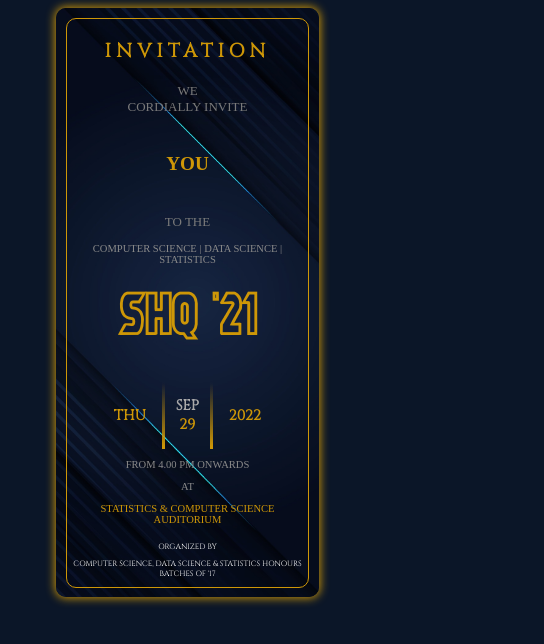
Repository: prabuddhika96/SHQ_Invitation
Page: index.html
The author's editor kept a copy of each file at every save. The page is drawn from the files as they stood at one save, then again after the next save.
The browser window is 375 px wide. The page is 544 px wide, so the pictures cover 544 px, including what lies to the right of the window. The pictures show the whole page.
Some web fonts or font styles are not loaded; a fallback is used.

Above is the page before, as saved 2022-09-26 11:18:05.
Console error: ReferenceError: bodymovin is not defined

After the next save:
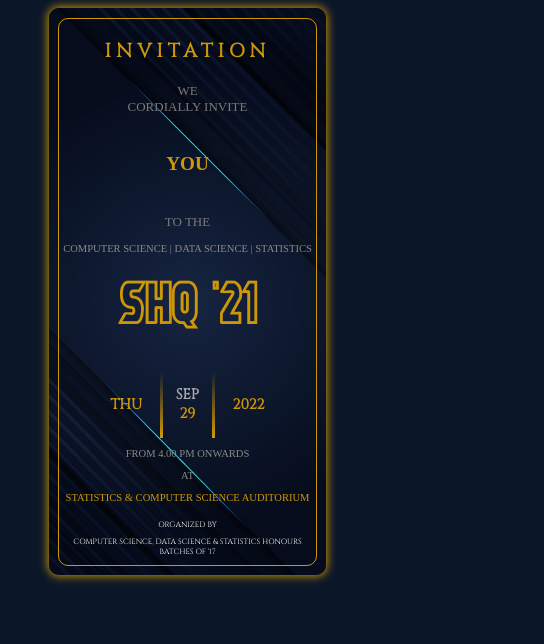
Saved 46 min 25 s later.
--- a/style.css
+++ b/style.css
@@ -162,8 +162,8 @@ p {
   }
 
   .container {
-    width: fit-content;
-    height: fit-content;
+    width: 80%;
+    height: 80%;
     margin: auto;
     padding: 0px;
     /* vertical-align: auto; */
